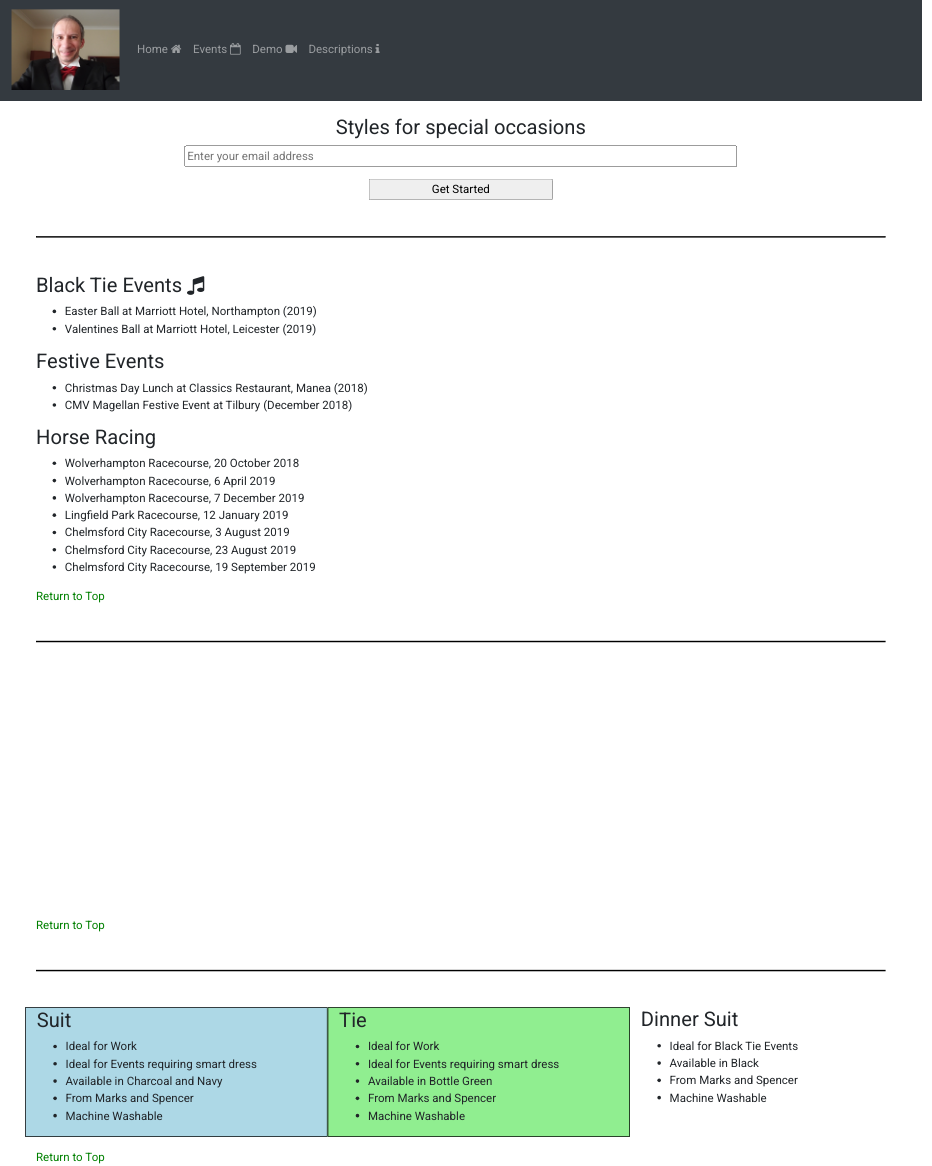
Repository: derektypist/product-landing-page
Page: index.html
The author's editor kept a record of every edit. The page is drawn from the files as they stood at one moment, then again after the next edit.
The browser window is 1280 px wide. The page is 1295 px wide, so the pictures cover 1295 px, including what lies to the right of the window. The pictures show the whole page, at 72% of full size.
Pictures or frames that could not be fetched are drawn as grey boxes.

Above is the page before.

### index.html
<!DOCTYPE html>
<html lang="en">

<head>
    <meta charset="UTF-8">
    <meta name="viewport" content="width=device-width, initial-scale=1.0">
    <meta http-equiv="X-UA-Compatible" content="ie=edge">
    <title>Product Landing Page</title>
    <!-- Load Style Sheets -->
    <link rel="stylesheet" href="https://maxcdn.bootstrapcdn.com/bootstrap/4.4.1/css/bootstrap.min.css" integrity="sha384-Vkoo8x4CGsO3+Hhxv8T/Q5PaXtkKtu6ug5TOeNV6gBiFeWPGFN9MuhOf23Q9Ifjh" crossorigin="anonymous">
    <link rel="stylesheet" href="https://maxcdn.bootstrapcdn.com/font-awesome/4.7.0/css/font-awesome.min.css" type="text/css" />
    <link href="https://fonts.googleapis.com/css?family=Roboto&display=swap" rel="stylesheet">
    <style>
        /* Main Body */

        #mainbody {
            font-family: "Roboto", Arial, Verdana, sans-serif;
            padding-top: 150px;
        }

        /* Header and Navigation */

        #header {
            padding-bottom: 10px;
        }

        #header-img {
            max-height: 112px;
        }

        #nav-bar {
            padding-bottom: 10px;
        }

        a {
            text-decoration: none;
            color: green;
        }

        a:hover {
            text-decoration: none;
            color: fuchsia;
        }

        /* Form */

        #form {
            text-align: center;
            width: 100%;
            display: block;
            margin: auto;
        }

        input {
            width: 60%;
        }

        input[type=submit] {
            width: 20%;
        }

        /* Horizontal Rule */

        hr {
            border: 1px solid black;
            margin: 50px;
        }



        /* Events */

        #events {
            margin-left: 50px;
        }

        /* Demo */

        #demo {
            margin-left: 50px;
        }

        #video {
            max-width: 100%;
            display: block;
            margin: auto;
        }

        /* Descriptions */

        #descriptions {
            margin-left: 50px;
        }

        .suit {
            background-color: lightblue;
            border: 1px solid black;
        }

        .tie {
            background-color: lightgreen;
            border: 1px solid black;
        }
    </style>
</head>

<body id="mainbody">
    <!-- Set Up Header -->
    <header id="header">
        <!-- Set Up Navigation with Image -->
        <nav class="navbar navbar-expand navbar-dark bg-dark fixed-top" id="nav-bar">
            <a class="navbar-brand" href="index.html"><img src="derek.JPG" title="Derek Dhammaloka" alt="Derek Dhammaloka" id="header-img"></a>
            <button class="navbar-toggler" type="button" data-toggle="collapse" data-target="navbarSupportedContent" aria-controls="navbarSupportedContent" aria-expanded="false" aria-label="Toggle navigation">
    <span class="navbar-toggler-icon"></span>
  </button>
            <div class="collapse navbar-collapse" id="navbarSupportedContent">
                <ul class="navbar-nav mr-auto">
                    <li class="nav-item">
                        <a class="nav-link" href="#top">Home <i class="fa fa-home" aria-hidden="true"></i></a>
                    </li>
                    <li class="nav-item">
                        <a class="nav-link" href="#events">Events <i class="fa fa-calendar-o" aria-hidden="true"></i></a>
                    </li>
                    <li class="nav-item">
                        <a class="nav-link" href="#demo">Demo <i class="fa fa-video-camera" aria-hidden="true"></i></a>
                    </li>
                    <li class="nav-item">
                        <a class="nav-link" href="#descriptions">Descriptions <i class="fa fa-info" aria-hidden="true"></i></a>
                    </li>
                </ul>
        </nav>
    </header>

    <!-- Set Up Main Content -->
    <main>
        <!-- Set Up Form -->
        <form action="https://www.freecodecamp.com/email-submit" id="form" target="_blank">
            <h3>Styles for special occasions</h3>
            <!-- Set Up Email Field -->
            <input type="email" id="email" name="email" placeholder="Enter your email address">
            <p></p>
            <!-- Set Up Submit Button -->
            <input type="submit" id="submit" value="Get Started">
        </form>

        <!-- Provide Horizontal Rule -->
        <hr>
        <!-- Provide Section for Events -->
        <section id="events">
            <!-- Provide Article for Black Tie Events -->
            <article>
                <p></p>
                <h3>Black Tie Events <i class="fa fa-music" aria-hidden="true"></i></h3>
                <!-- Provide List Items -->
                <ul>
                    <li>Easter Ball at Marriott Hotel, Northampton (2019)</li>
                    <li>Valentines Ball at Marriott Hotel, Leicester (2019)</li>
                </ul>
            </article>

            <!-- Provide Article for Festive Events -->
            <article>
                <p></p>
                <h3>Festive Events</h3>
                <!-- Provide List Items -->
                <ul>
                    <li>Christmas Day Lunch at Classics Restaurant, Manea (2018)</li>
                    <li>CMV Magellan Festive Event at Tilbury (December 2018)</li>
                </ul>
            </article>

            <!-- Provide Article for Horse Racing Events -->
            <article>
                <p></p>
                <h3>Horse Racing</h3>
                <!-- Provide List Items -->
                <ul>
                    <li>Wolverhampton Racecourse, 20 October 2018</li>
                    <li>Wolverhampton Racecourse, 6 April 2019</li>
                    <li>Wolverhampton Racecourse, 7 December 2019</li>
                    <li>Lingfield Park Racecourse, 12 January 2019</li>
                    <li>Chelmsford City Racecourse, 3 August 2019</li>
                    <li>Chelmsford City Racecourse, 23 August 2019</li>
                    <li>Chelmsford City Racecourse, 19 September 2019</li>
                </ul>

                <!-- Provide link to return to top -->
                <a href="#top" title="Return to Top">Return to Top</a>


            </article>
        </section>

        <!-- Provide Horizontal Rule -->
        <hr>


        <!-- Provide Section for Demo -->
        <section id="demo">
            <!-- Set Up Video using iframe -->
            <iframe id="video" width="560" height="315" src="https://www.youtube.com/embed/RiHd1c3qDkE" frameborder="0" allow="accelerometer; autoplay; encrypted-media; gyroscope; picture-in-picture" allowfullscreen></iframe>

            <p></p>
            <!-- Provide link to return to top -->
            <a href="#top" title="Return to Top">Return to Top</a>
        </section>

        <!-- Provide Horizontal Rule -->
        <hr>

        <!-- Provide Section for Descriptions -->
        <section id="descriptions">
            <article class="row">
                <article class="suit col-sm-4">
                    <!-- Provide Article for Suit -->
                    <h3>Suit</h3>
                    <ul>
                        <li>Ideal for Work</li>
                        <li>Ideal for Events requiring smart dress</li>
                        <li>Available in Charcoal and Navy</li>
                        <li>From Marks and Spencer</li>
                        <li>Machine Washable</li>
                    </ul>
                </article>
                <article class="tie col-sm-4">
                    <!-- Provide Article for Tie -->
                    <h3>Tie</h3>
                    <ul>
                        <li>Ideal for Work</li>
                        <li>Ideal for Events requiring smart dress</li>
                        <li>Available in Bottle Green</li>
                        <li>From Marks and Spencer</li>
                        <li>Machine Washable</li>
                    </ul>
                </article>
                <article class="col-sm-4">
                    <!-- Provide Article for Dinner Suit -->
                    <h3>Dinner Suit</h3>
                    <ul>
                        <li>Ideal for Black Tie Events</li>
                        <li>Available in Black</li>
                        <li>From Marks and Spencer</li>
                        <li>Machine Washable</li>
                    </ul>
                </article>
            </article>

        <p></p>
            <!-- Provide link to return to top -->
            <a href="#top" title="Return to Top">Return to Top</a>
        </section>
    </main>
</body>

</html>

After the next edit:
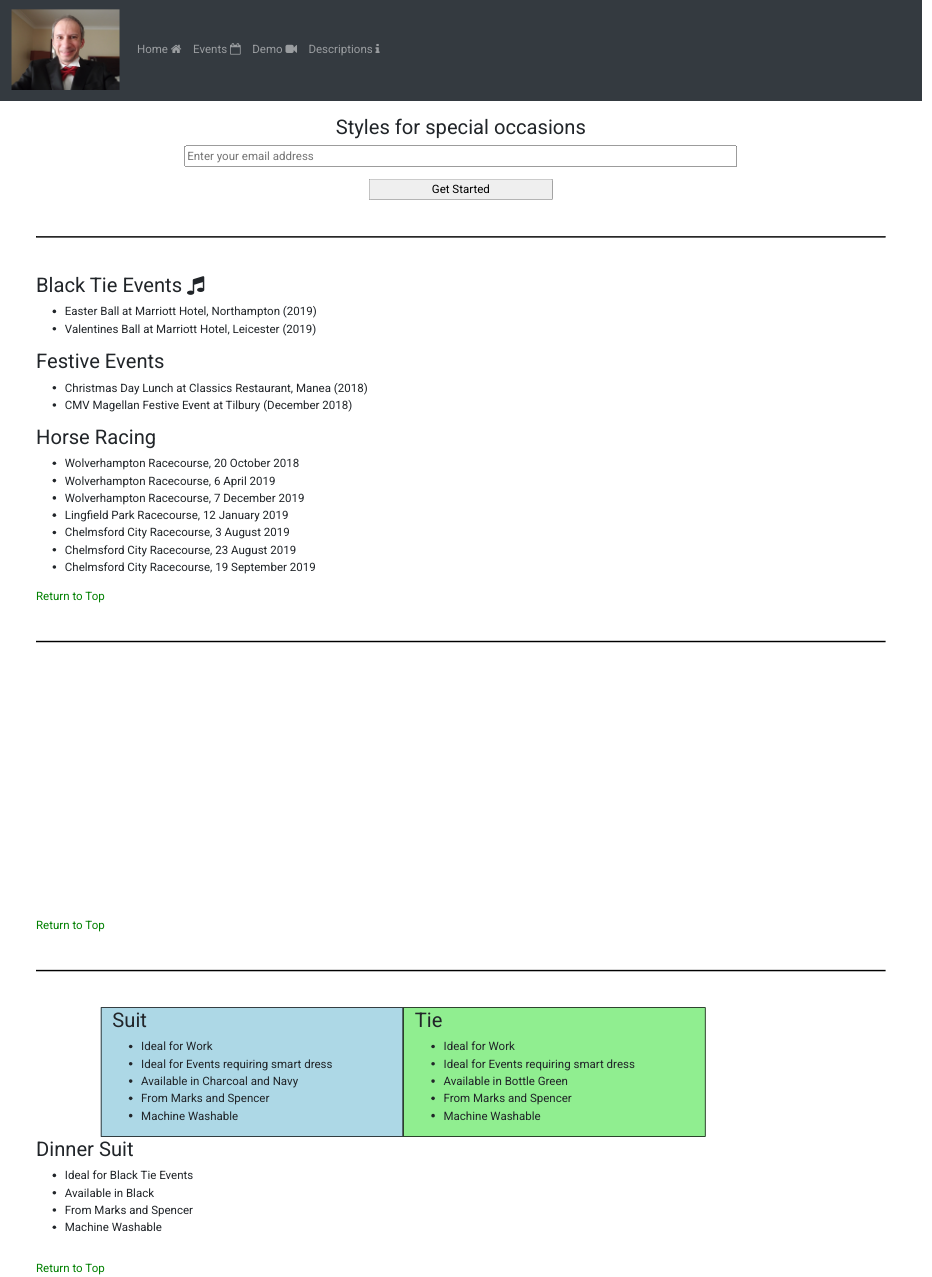
The edit:
--- a/index.html
+++ b/index.html
@@ -211,7 +211,7 @@
         <!-- Provide Section for Descriptions -->
         <section id="descriptions">
             <article class="row">
-                <article class="suit col-sm-4">
+                <article class="suit offset-1 col-sm-4">
                     <!-- Provide Article for Suit -->
                     <h3>Suit</h3>
                     <ul>
